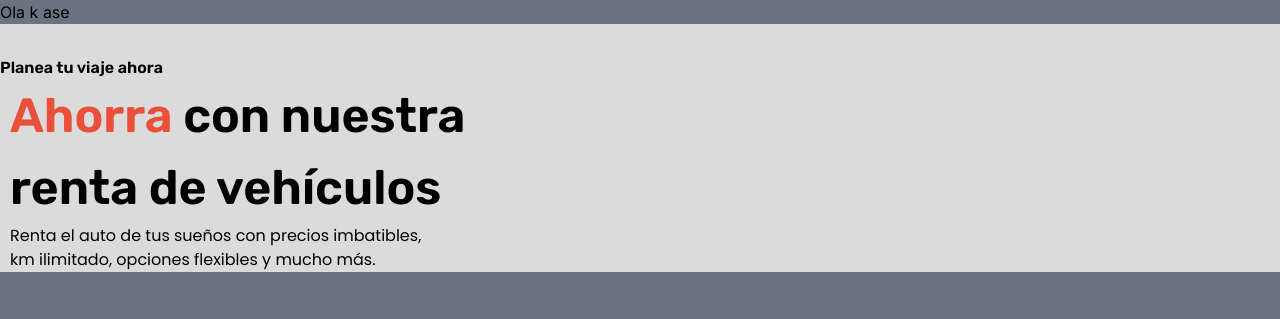
Repository: aldovelacasas/PF_RentCar2
Page: /homePage
The author's editor kept a copy of each file at every save. The page is drawn from the files as they stood at one save, then again after the next save.
The browser window is 1280 px wide. The pictures show the whole page.
The project was rebuilt for these pictures with package versions that can differ from the ones it lists, and the page was loaded fresh each time. The framework's server and built-in components were replaced by stand-ins that run in the browser. Also part of the build but not shown: next.config.js.

Above is the page before, as saved 2023-08-29 19:03:38.

### src/app/layout.jsx
import "./globals.css";
import { Inter } from "next/font/google";

const inter = Inter({ subsets: ["latin"] });

export const metadata = {
  title: "Create Next App",
  description: "Generated by create next app",
};

export default function RootLayout({ children }) {
  return (
    <html lang="en">
      <body className={inter.className}>
        <h1>Ola k ase</h1>
        <div className="h-[calc(100vh-5rem)]">{children}</div>
      </body>
    </html>
  );
}

### src/app/homePage/page.jsx
import { Rubik, Poppins } from "next/font/google";

const fontRubik = Rubik({
  weight: "600",
  subsets: ["latin"],
});

const fontPoppins = Poppins({
  weight: "400",
  subsets: ["latin"],
});
const poppins = fontPoppins.className;
const rubik = fontRubik.className;

function HomePage() {
  return (
    <div className={`bg-gris_fondo ${rubik} space-y-0 space-x-2.5`}>
      <p className={`${rubik} pt-8 space-x-2.5`}>Planea tu viaje ahora</p>
      <p className="text-[3em] mb-0 pb-0">
        <span className="text-naranja_enf mb-0 pb-0">Ahorra </span>
        con nuestra
      </p>
      <p className="text-[3em] mt-0 pt-0">renta de vehículos</p>
      <div>
        <p className={`${poppins}`}>
          Renta el auto de tus sueños con precios imbatibles,
        </p>
        <p className={`${poppins}`}>
          km ilimitado, opciones flexibles y mucho más.
        </p>
      </div>
    </div>
  );
}

export default HomePage;

### src/app/api/products/[id]/route.js
import { NextResponse } from "next/server";
import {conn} from "@/libs/mysql"

export async function GET(request,{params}){
  try {
    const result = await conn.query("SELECT * FROM product WHERE id = ?", [params.id])
    if(result.length === 0 ){
        return NextResponse.json(
         {
            message: "producto no encontrado",
         },
         {
            status:404,
         }
        );
    }
    return NextResponse.json(result[0])
  } catch (error) {
    return NextResponse.json(
        {
            message:error.message,
        },
        {status: 500}
    )
  }
}

export async function DELETE (request,{params} ){
    try {
     const result = await conn.query("DELETE FROM product WHERE id = ?", [params.id]);
     if(result.affectedRows === 0){
         return NextResponse.json({message:"Producto no encontrado"},{status:404})
     }

     return new Response (null, {status: 204})
 } catch (error) {
     return NextResponse.json({message:error.message},{status:500})
 }
    }

export async  function PUT(request, {params}){
   try {
    const data = await request.json()
    const result = await conn.query("UPDATE product SET ? WHERE id = ?", [data , params.id])

    if (result.affectedRows === 0) {
        return NextResponse.json(
        {
            message: "producto no encontrado",
        },
        {
            status: 400,
        }
        )
    }
     const updateProduct = await conn.query("SELECT * FROM product WHERE id = ?", [params.id])

  return NextResponse.json(updateProduct[0])

   } catch (error) {
    return NextResponse.json(
        {
            message: error.message,
        },
        { status: 500}
    )
   }
}

### src/app/api/products/route.js
import { NextResponse } from "next/server";
import {conn} from "@/libs/mysql";

export async function GET(){
    try {
        const results = await conn.query("SELECT * FROM product");
        return NextResponse.json(results)

    } catch (error) {
        return NextResponse.json(
        {
          message: error.message,
        },
        {
            status:500,
        }

        );
    }
}

    export async function POST (request) {
  try {
    const {name, price, year, model, capacity, type, description, image, transmission,  }= await request.json();

    const result  = await conn.query("INSERT INTO product SET ?", {
        name,
        price,
        year,
        model,
        capacity,
        type,
        transmission,
        image,
        description

    })

    return NextResponse.json({
        name,
        price,
        year,
        model,
        capacity,
        type,
        transmission,
        image,
        description,
        id: result.insertId,

    })

  } catch (error) {
    console.log(error);
    return NextResponse.json(
    {
        message: error.message,
    },
    {
        status:500,
    }
    );
  }

}

### src/app/globals.css
@tailwind base;
@tailwind components;
@tailwind utilities;

body {
   @apply bg-gray-500; /* Fondo más claro */
   color: gray-800; /* Texto oscuro */
}

### tailwind.config.js
/** @type {import('tailwindcss').Config} */
module.exports = {
  content: [
    "./src/pages/**/*.{js,ts,jsx,tsx,mdx}",
    "./src/components/**/*.{js,ts,jsx,tsx,mdx}",
    "./src/app/**/*.{js,ts,jsx,tsx,mdx}",
  ],
  theme: {
    extend: {
      backgroundImage: {
        "gradient-radial": "radial-gradient(var(--tw-gradient-stops))",
        "gradient-conic":
          "conic-gradient(from 180deg at 50% 50%, var(--tw-gradient-stops))",
      },
      colors: {
        gris_fondo: "#dbdbdb",
        gris_frente: "#e9e9e9",
        negro_fondo: "#282828",
        naranja_enf: "#ea4f39",
        rojo_status: "#e30613",
        verde_status: "#4aaf4d",
        amarillo_status: "#f0e400",
      },
    },
  },
  plugins: [],
};

Loaded but not shown: src/app/api/bookings/[id]/route.js (no copy from this time; the picture is the same without it); src/app/api/bookings/route.js (no copy from this time; the picture is the same without it); src/app/api/create-payment-intent/route.js (no copy from this time; the picture is the same without it); src/app/api/post/[id]/route.js (no copy from this time; the picture is the same without it); src/app/api/post/route.js (no copy from this time; the picture is the same without it); src/app/api/users/[id]/route.js (no copy from this time; the picture is the same without it); src/app/api/users/route.js (no copy from this time; the picture is the same without it)

After the next save:
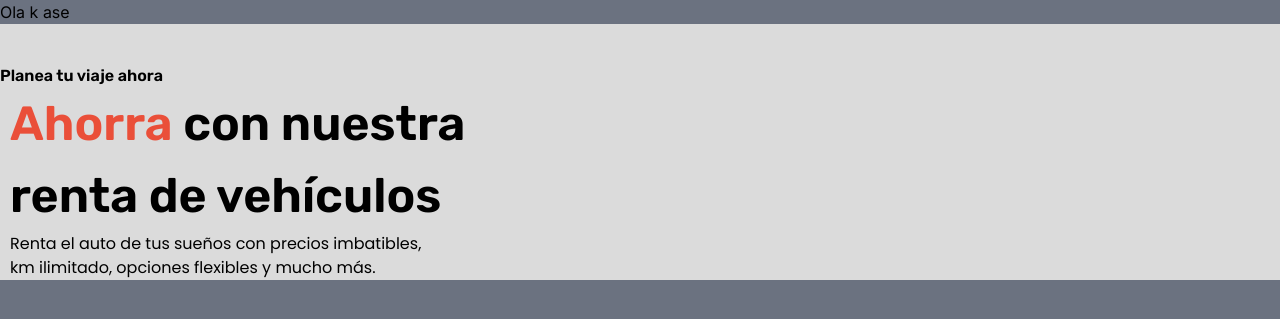
Saved 11 s later.
--- a/src/app/homePage/page.jsx
+++ b/src/app/homePage/page.jsx
@@ -15,7 +15,7 @@ const rubik = fontRubik.className;
 function HomePage() {
   return (
     <div className={`bg-gris_fondo ${rubik} space-y-0 space-x-2.5`}>
-      <p className={`${rubik} pt-8 space-x-2.5`}>Planea tu viaje ahora</p>
+      <p className={`${rubik} pt-10 space-x-2.5`}>Planea tu viaje ahora</p>
       <p className="text-[3em] mb-0 pb-0">
         <span className="text-naranja_enf mb-0 pb-0">Ahorra </span>
         con nuestra
